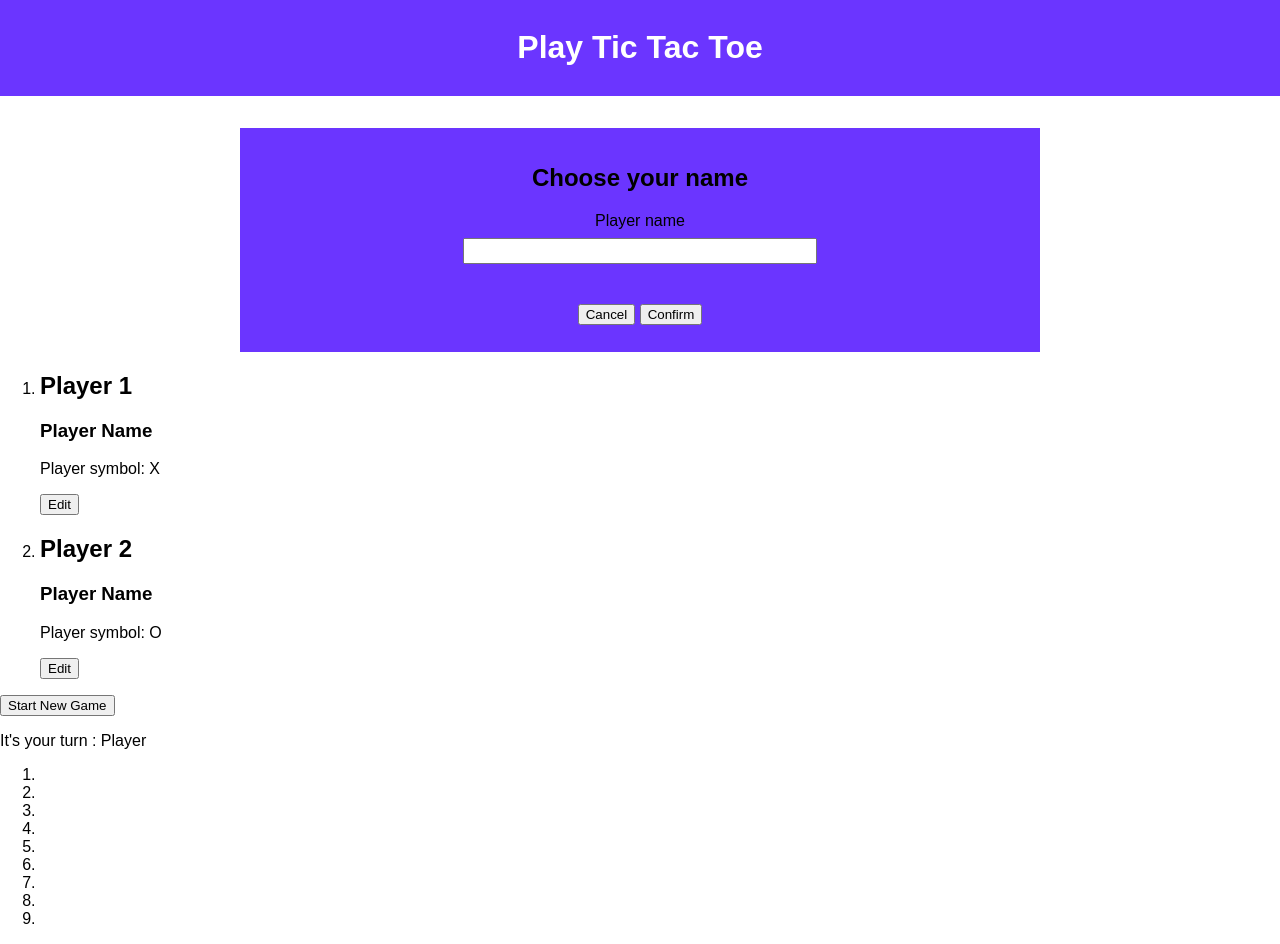
Repository: Harjot00/Wevdev
Page: Tic tac toe/index.html
An editor plug-in stored every save of this project. The page is shown before and after the next save, followed by the edit.
The browser window is 1280 px wide. The pictures show the whole page.
Some web fonts or font styles are not loaded; a fallback is used.

Above is the page before, as saved 2022-05-20 23:53:47.

### Tic tac toe/index.html
<!DOCTYPE html>
<html lang="en">
<head>
    <meta charset="UTF-8">
    <meta http-equiv="X-UA-Compatible" content="IE=edge">
    <meta name="viewport" content="width=device-width, initial-scale=1.0">
    <link rel="stylesheet" href="styles.css">
    <link href="https://fonts.googleapis.com/css2?family=Roboto:wght@100&family=Send+Flowers&display=swap" rel="stylesheet">
    <title>Tic Tac Toe</title>

</head>
<body>
    <header>
        <h1>Play Tic Tac Toe</h1>

    </header>
    <main>
        <aside>
            <h2>Choose your name</h2>
            <form >
                <div>
                    <label for = "playername">Player name</label>
                    <input type="text" name="username" id="username"/>

                </div>
                <div id = "btn-div">
                    <button type="button"> Cancel</button>
                    <button type="submit">Confirm</button>
                </div>
            </form>
        </aside>
        <div id="gamestyle">
            <ol>
                <li>
                    <h2>Player 1</h2>
                    <h3>Player Name</h3>
                    <p>Player symbol: X</p>
                    <button>Edit</button>
                </li>
                <li>
                    <h2>Player 2</h2>
                    <h3>Player Name</h3>
                    <p>Player symbol: O</p>
                    <button>Edit</button>
                </li>
            </ol>
            <button>Start New Game</button>
        </div>
         <section id="active-game">
             <p>It's your turn : Player</p>
             <ol>
                 <li></li>
                 <li></li>
                 <li></li>
                 <li></li>
                 <li></li>
                 <li></li>
                 <li></li>
                 <li></li>
                 <li></li>
             </ol>
         </section>
    </main>

</body>
</html>

### Tic tac toe/styles.css
@import url('https://fonts.googleapis.com/css2?family=Roboto:wght@100&family=Send+Flowers&display=swap');
body{
    font-family: 'Montserrat', sans-serif;
    margin: 0;
    padding: 0;
}
header{
    background-color: #6b35ff;
    margin:0 0 2rem 0;
    padding: 0.5rem 0;
    color:white;
    text-align: center;
}
aside {
    text-align: center;
    margin:1rem auto;
    width:60vw;
    height:12rem;
    padding:1rem;
    background-color:#6b35ff;
}
aside input {
    display:block;
    margin:0.5rem auto;
    height:1.3rem;
    width:45%;
}
#btn-div button{
    display:inline-block;
    margin:2rem 0;

}

After the next save:
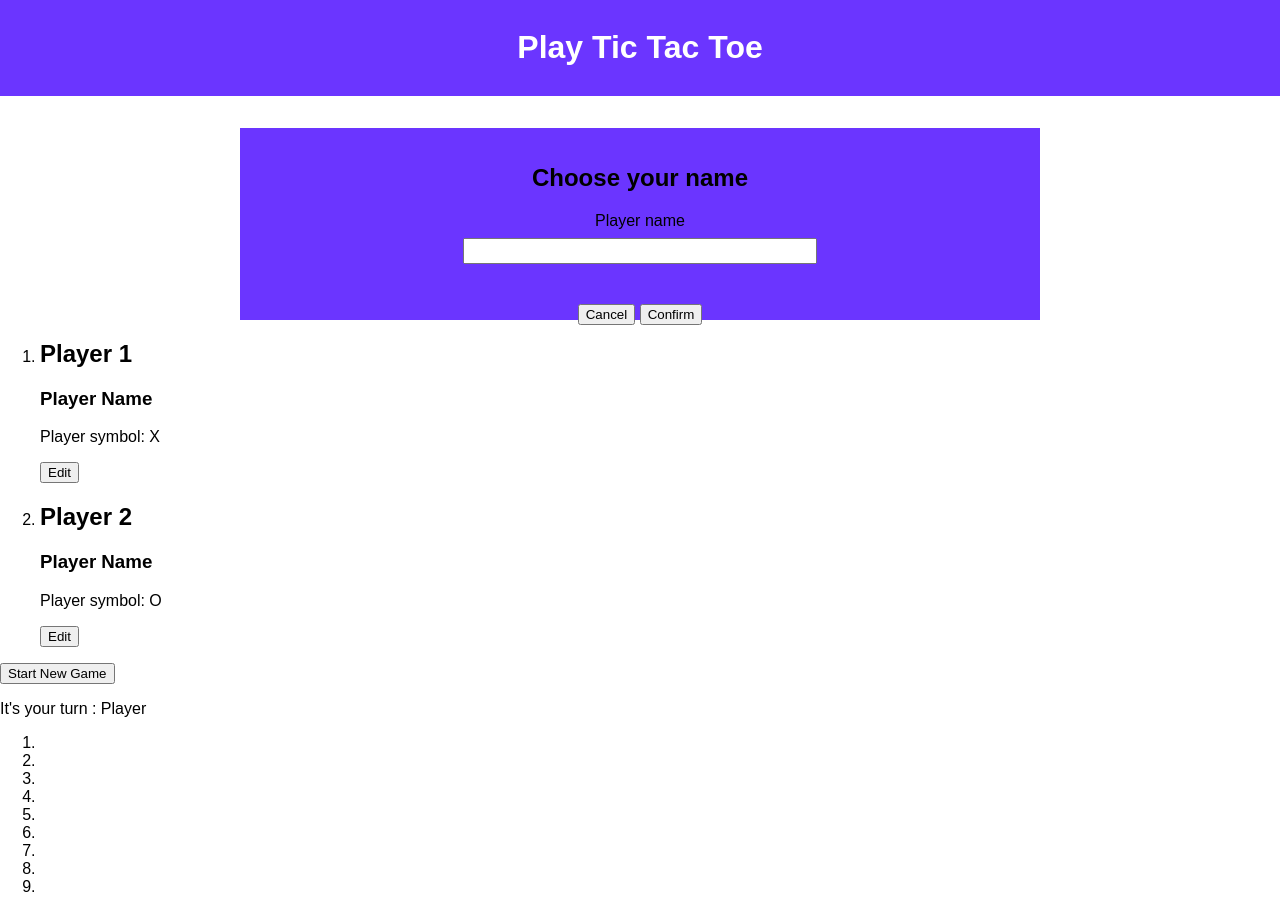
Saved 6 s later.
--- a/Tic tac toe/styles.css
+++ b/Tic tac toe/styles.css
@@ -15,7 +15,7 @@ aside {
     text-align: center;
     margin:1rem auto;
     width:60vw;
-    height:12rem;
+    height:10rem;
     padding:1rem;
     background-color:#6b35ff;
 }
